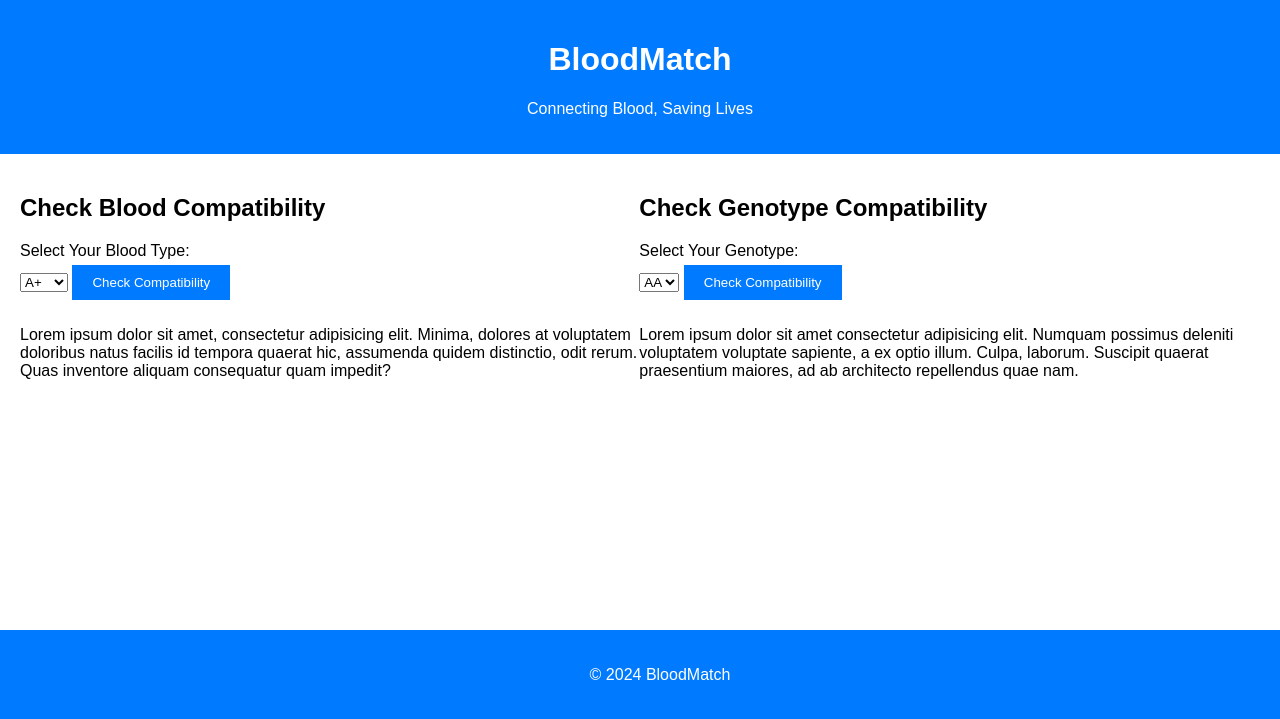
Repository: JuliusMonday/BloodMatch
Page: index.html
These files come from the project's save history. The page is drawn as it stood at one moment and after the next save; the edit follows.
The browser window is 1280 px wide. The pictures show the whole page.

Above is the page before, as saved 2024-05-02 16:27:59.

After the next save:
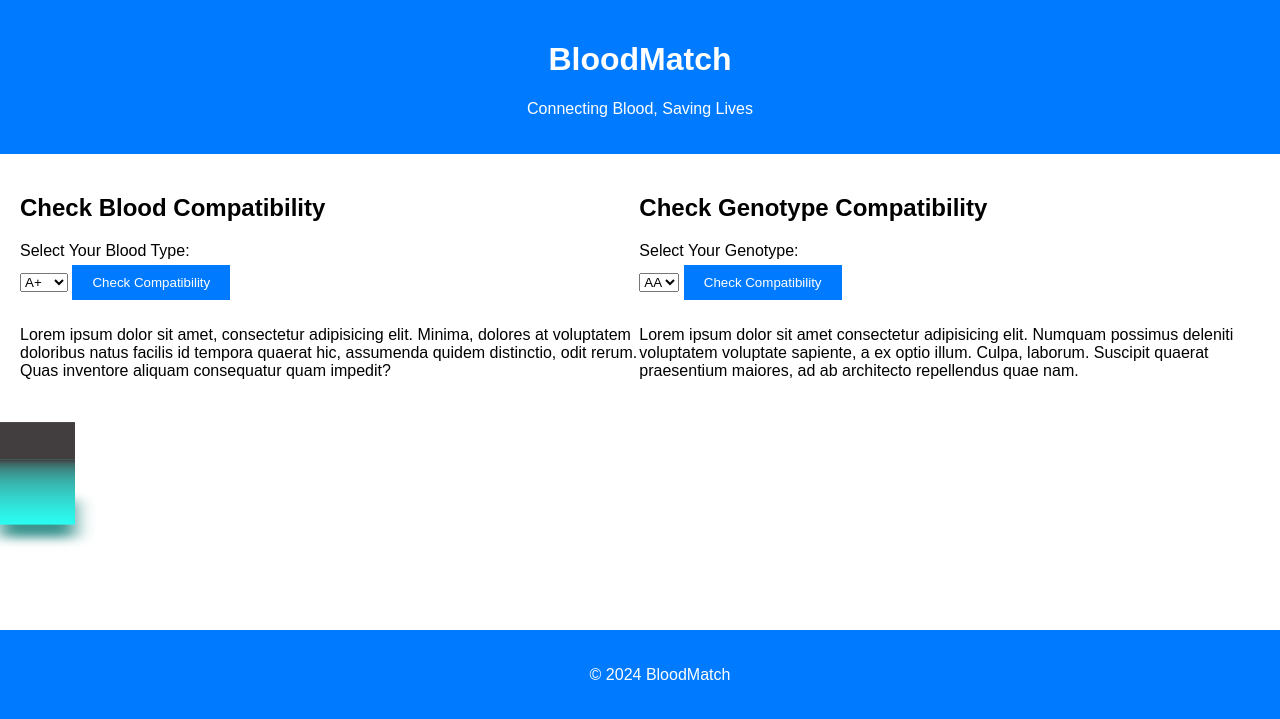
Saved 4 s later.
--- a/style.css
+++ b/style.css
@@ -46,6 +46,88 @@ body {
     bottom: 0;
     width: 100%;
       }
+      .cube-loader {
+        position: relative;
+      /* u can choose any size */
+        width: 75px;
+        height: 75px;
+        transform-style: preserve-3d;
+        transform: rotateX(-30deg);
+        animation: animate 4s linear infinite;
+      }
+
+      @keyframes animate {
+        0% {
+          transform: rotateX(-30deg) rotateY(0);
+        }
+
+        100% {
+          transform: rotateX(-30deg) rotateY(360deg);
+        }
+      }
+
+      .cube-loader .cube-wrapper {
+        position: absolute;
+        width: 100%;
+        height: 100%;
+        /* top: 0;
+        left: 0; */
+        transform-style: preserve-3d;
+      }
+
+      .cube-loader .cube-wrapper .cube-span {
+        position: absolute;
+        width: 100%;
+        height: 100%;
+        /* top: 0;
+        left: 0; */
+                                           /* width 75px / 2 = 37.5px */
+        transform: rotateY(calc(90deg * var(--i))) translateZ(37.5px);
+        background: linear-gradient(
+          to bottom,
+          hsl(330, 3.13%, 25.1%) 0%,
+          hsl(177.27, 21.71%, 32.06%) 5.5%,
+          hsl(176.67, 34.1%, 36.88%) 12.1%,
+          hsl(176.61, 42.28%, 40.7%) 19.6%,
+          hsl(176.63, 48.32%, 43.88%) 27.9%,
+          hsl(176.66, 53.07%, 46.58%) 36.6%,
+          hsl(176.7, 56.94%, 48.91%) 45.6%,
+          hsl(176.74, 62.39%, 50.91%) 54.6%,
+          hsl(176.77, 69.86%, 52.62%) 63.4%,
+          hsl(176.8, 76.78%, 54.08%) 71.7%,
+          hsl(176.83, 83.02%, 55.29%) 79.4%,
+          hsl(176.85, 88.44%, 56.28%) 86.2%,
+          hsl(176.86, 92.9%, 57.04%) 91.9%,
+          hsl(176.88, 96.24%, 57.59%) 96.3%,
+          hsl(176.88, 98.34%, 57.93%) 99%,
+          hsl(176.89, 99.07%, 58.04%) 100%
+        );
+      }
+
+      .cube-top {
+        position: absolute;
+        width: 75px;
+        height: 75px;
+        background: hsl(330, 3.13%, 25.1%) 0%;
+                            /* width 75px / 2 = 37.5px */
+        transform: rotateX(90deg) translateZ(37.5px);
+        transform-style: preserve-3d;
+      }
+
+      .cube-top::before {
+        content: '';
+        position: absolute;
+      /* u can choose any size */
+        width: 75px;
+        height: 75px;
+        background: hsl(176.61, 42.28%, 40.7%) 19.6%;
+        transform: translateZ(-90px);
+        filter: blur(10px);
+        box-shadow: 0 0 10px #323232,
+                    0 0 20px hsl(176.61, 42.28%, 40.7%) 19.6%,
+                    0 0 30px #323232,
+                    0 0 40px hsl(176.61, 42.28%, 40.7%) 19.6%;
+      }
 
 @media (min-width: 768px){
     footer {
